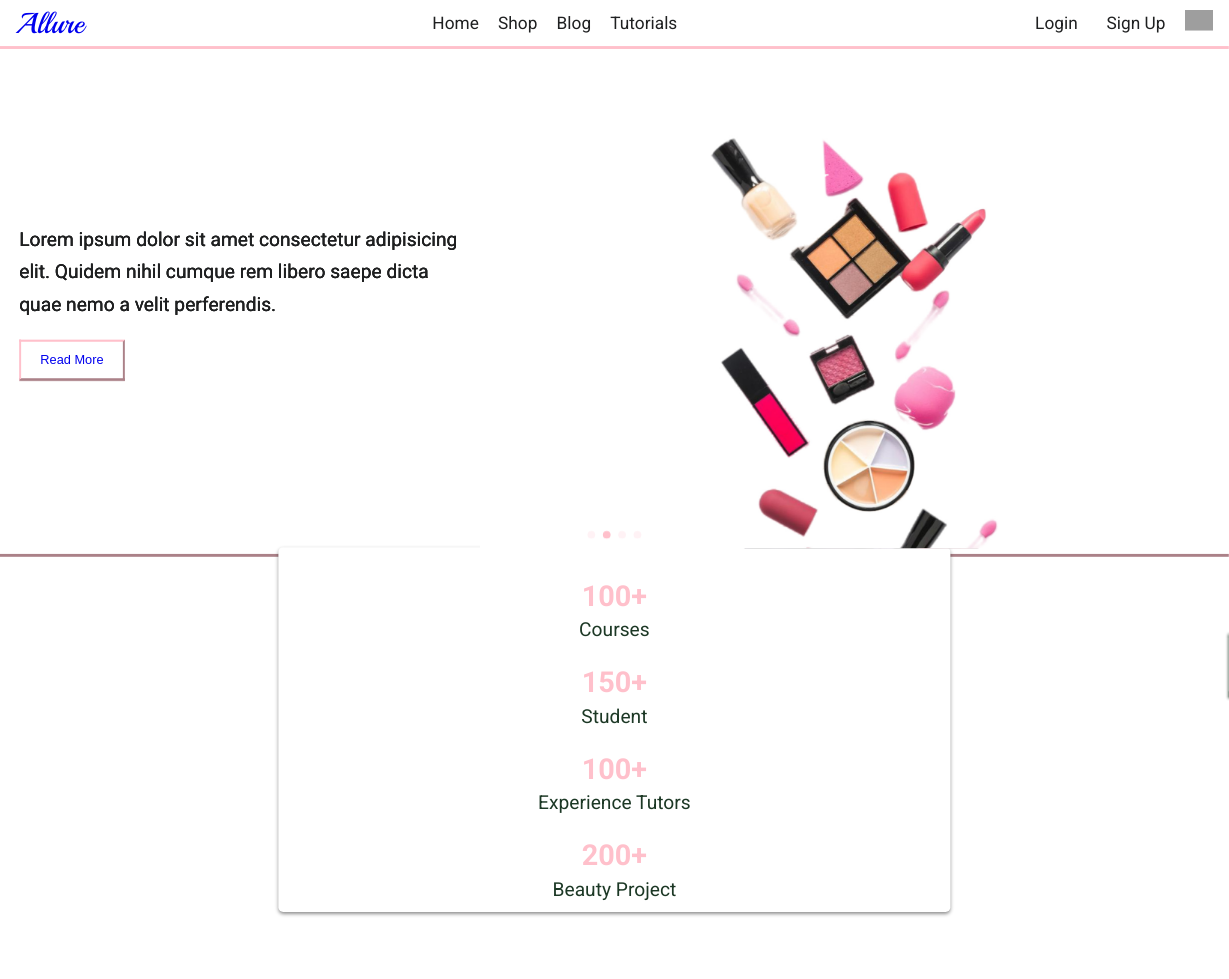
Repository: Benedict-Anthony/Allure-E-commerce-React-Js
Page: /
An editor plug-in stored every save of this project. The page is shown before and after the next save, followed by the edit.
The browser window is 1280 px wide. The pictures show the whole page, at 96% of full size.
Pictures or frames that could not be fetched are drawn as grey boxes. The page's requests for data from a server got no answer. The project was rebuilt for these pictures with package versions that can differ from the ones it lists, and the page was loaded fresh each time. No one was signed in, and anything a server would have sent is missing. Also part of the build but not shown: src/App.css, src/css/courses.css, src/shared/Course.tsx, src/shared/Product.tsx, src/pages/Shop.tsx, src/pages/Tutorials.tsx, src/pages/ProductDetail.tsx, src/components/CourseDetails.tsx and 15 more.

Above is the page before, as saved 2023-02-04 03:35:20.

### src/index.css
@import url('https://fonts.googleapis.com/css2?family=Great+Vibes&family=Playball&family=Roboto:wght@300;400;700&display=swap');


:root {
  --primary-color: pink;
  --secondary-color: #1c3825;
  --text-color: #1f2021;
  --basic: #fff;
  --fontSize: 18px;

}


*,
*::after,
*::before {
  padding: 0;
  margin: 0;
  box-sizing: border-box;
  line-height: 1.4em;
  transition: all .3s linear;
  list-style: none;
  text-decoration: none;
}

html {
  scroll-behavior: smooth;
}

body {
  width: 100%;
  background-color: var(--basic);
  color: var(--text-color);
  font-family: 'Roboto', sans-serif;
}

.container {
  padding: 0 1rem;
  overflow: hidden;
  height: auto;
}

.button {
  display: inline-block;
  padding: 10px 20px;
  color: var(--basic);
  margin-top: 20px;
  background-color: var(--secondary-color);
  border: 2px solid var(--fontSize);
  border-radius: 6px;
}

.flex {
  display: flex;
  justify-content: space-between;
  align-items: center;
}

.flex-center {
  justify-content: center;
}

.flex-row {
  flex-direction: column;
}


.swiper {
  width: 100%;
  height: 100%;
}

.swiper-slide {
  text-align: center;
}


.grid {
  display: grid;
  grid-template-columns: repeat(auto-fit, minmax(12rem, 2fr));
  justify-content: space-between;
  align-items: flex-start;
  gap: 20px;
}


.btn {
  display: inline-block;
  background-color: var(--text-color);
  color: var(--basic);
  font-size: 16px;
  font-family: inherit;
  margin-top: 10px;
  border: 1px solid var(--basic);
  padding: 10px 20px;
  border-radius: 8px;
}

.section {
  margin-top: 20px;
}

.togglebar,
.close {
  display: none;
}

.wrapper {
  max-width: 960px;
  margin: 0 auto;
}

.strike {
  text-decoration: line-through;
  color: var(--secondary-color);
  font-size: 10px;
}




@media(max-width:1024px) {
  /* .grid {
    grid-template-columns: repeat(3, 1fr);
  } */
}


@media(max-width:768px) {

  .container {
    padding: 0 1.3rem;
    overflow: hidden;
    height: auto;
  }

  /* .flex {
    flex-direction: column;
  } */

  /* .grid {
    grid-template-columns: repeat(2, 1fr);
  } */


  /* .togglebar,
  .close {
    display: block;
  } */
}

@media(max-width:500px) {

  /* .flex {
    display: grid;
    grid-template-columns: 1fr 1fr;
  } */

  .grid {
    grid-template-columns: 1fr 1fr;
  }
}

### src/App.tsx
import React from 'react';
import './App.css';
import { BrowserRouter, Routes, Route } from "react-router-dom"
import { ProductProvider } from './contexts/ProductContext';


import Home from './pages/Home';
import Shop from './pages/Shop';
import Header from './components/Header';
import { LessonProvider } from './contexts/LessonContext';
import Tutorials from './pages/Tutorials';
import ProductDetail from './pages/ProductDetail';
import CourseDetail from './pages/CourseDetail';
import Login from './pages/Login';
import SignIn from './pages/SignIn';
import Account from './pages/Account';
import ButtonNav from './components/ButtonNav';

function App() {
  return (
    <BrowserRouter>
      <LessonProvider>
        <ProductProvider>
          <Header />
          <Routes>
            <Route path={"/"} element={<Home />} />
            <Route path='/login' element={<Login />} />
            <Route path='/sign-in' element={<SignIn />} />
            <Route path='/account' element={<Account />} />
            <Route path={"/shop"} element={<Shop />} />
            <Route path={"/tutorials"} element={<Tutorials />} />
            <Route path={"/product/:slug"} element={<ProductDetail />} />
            <Route path={"/course/:slug"} element={<CourseDetail />} />
          </Routes>
          <ButtonNav />
        </ProductProvider>
      </LessonProvider>
    </BrowserRouter>
  );
}

export default App;

### src/contexts/ProductContext.tsx
import React from "react"
import { createContext,  useReducer, useEffect } from 'react';
import { childrenProps, ProductContextInterface } from "../types/contextTypes"
import { initialProductInterface } from "../types/reducerTypes"
import { productReducer } from "../reducers/productReducers";
import getData from "../utils/fetchFunc";
import { ProductType } from "../reducers/productReducers";
import { LessonType } from "../reducers/lessonReducer";


const ProductContext = createContext({} as ProductContextInterface)

export const ProductProvider = ({ children }: childrenProps) => {
    const initialState: initialProductInterface = {
        products: [],
        lessonAssets:[],
        product:{},
        isFetching: true,
        rltd:[]
    }
    const [state, dispatch] = useReducer(productReducer, initialState)
    const fetchProductData = async () => {
        const data = await getData("products")
        dispatch({type:ProductType.LOAD_PRODUCTS, payload:data})
    }

    const getSingleProduct = async (slug:number | string | undefined) => {
        const data = await getData("products", slug)
        const rltdData = await getData(`products/${slug}/category`)
        dispatch({type:ProductType.LOAD_PRODUCT_DETAIL, payload:data, others:rltdData})
    }

   const getLessonAssets = async (slug : string | undefined) => {
       const data = await getData(`lessons/${slug}/assets`)
       dispatch({type:LessonType.LOAD_LESSON_DETAIL_ASSETS, others:data})
   }

    useEffect(() => {
        fetchProductData()
    },[])
    return (

        <ProductContext.Provider value={{
            data: state,

            getSingleProduct,
            getLessonAssets,
        }}>
        {children}
    </ProductContext.Provider>
        )
}


export default ProductContext

### src/pages/Home.tsx
import React from 'react';
import Landing from '../components/Landing';
import Courses from '../components/Courses';
import Products from '../components/Products';
import { FC } from "react";


const Home:FC = () =>  {

return (
    <>
      <Landing />
      <Courses />
      <Products/>
    </>
  )
}

export default Home

### src/components/Header.tsx
import React, { useState } from 'react'
import { FaBars, FaTimes } from 'react-icons/fa'
import { Link } from 'react-router-dom'
import { Navigations } from '../scripts/topNavItems';
import cart from "../assets/cart.png";
import "../css/header.css"

const Header = () => {
  const [activeMenu, setActiveMenu] = useState(false)

  return (
    <header>
      <div className="container">
        <nav className="nav__items">
          <div className="logo">
            <Link to={"/"}>Allure</Link>
          </div>

          <ul className={`nav_links flex ${activeMenu && "active"} `}>
            {Navigations.map((item) => (
              <li key={item.id}>
                {item.page ? <Link to={`/${item.to}`}>{item.name}</Link> : <a href={`#${item.to}`}>{item.name}</a>}
              </li>
            ))}
            <FaTimes className="close" onClick={() => setActiveMenu(false)} />
          </ul>

          <ul className="nav_icons">

            <li><Link to={"login"}>Login</Link></li>
            <li><Link to={"sign-in"}>Sign Up</Link></li>
            <div className="cart">
              <img src={cart} alt="" />

            </div>
            <FaBars className="togglebar" onClick={() => setActiveMenu(true)} />
          </ul>
        </nav>
      </div>
    </header>
  )
}

export default Header

### src/contexts/LessonContext.tsx
import { createContext, useEffect, useReducer } from "react";
import lessonReducer from "../reducers/lessonReducer";
import { initialLessonInterface } from '../types/reducerTypes';
import { childrenProps, LessonContextInterface } from '../types/contextTypes';
import getData from "../utils/fetchFunc";
import { LessonType } from '../reducers/lessonReducer';
const LessonContext = createContext({} as LessonContextInterface)

export const LessonProvider = ({ children }: childrenProps) => {
    const initialState:initialLessonInterface = {
        lessons:[],
        count: 0,
        lesson:{}
    }

    const [state, dispatch] = useReducer(lessonReducer, initialState)

    async function fetchLessonData() {
        const data = await getData("lessons")
        dispatch({type:LessonType.LOAD_LESSONS, payload:data})
    }

    const getLessonDetails = async (slug:string |undefined) => {
        const data = await getData(`lessons/${slug}`)
        dispatch({ type:LessonType.LOAD_LESSON_DETAIL, payload:data})
    }

    useEffect(() => {
      fetchLessonData()
    },[])
    return (
        <LessonContext.Provider value={{
            data:state,
            getLessonDetails
            }}>
            {children}
        </LessonContext.Provider>
    )
}

export default LessonContext

### src/components/ButtonNav.tsx
import React from 'react'
import { AiOutlineHome, AiOutlineUser } from "react-icons/ai"
import { BiShoppingBag, BiLogIn } from "react-icons/bi"
import { MdOutlinePlayLesson } from "react-icons/md"
import { GrBlog } from "react-icons/gr"
import { Link } from 'react-router-dom'




const ButtonNav = () => {
    window.addEventListener("scroll", () => {
        if (window.scrollY) {
            document.querySelector(".nav__bottom")?.classList.add("active__nav")
        } else {
            document.querySelector(".nav__bottom")?.classList.remove("active__nav")

        }
    })
    return (
        <nav className="nav__bottom">
            <ul>
                <li><Link to={"/"}><AiOutlineHome /></Link></li>
                <li><Link to={"/shop"}><BiShoppingBag /></Link></li>
                <li><Link to={"/tutorials"}><MdOutlinePlayLesson /></Link></li>
                <li><Link to={"/blog"}><GrBlog /></Link></li>
                <li><Link to={"/account"}><AiOutlineUser /></Link></li>
            </ul>
        </nav>
    )
}

export default ButtonNav

### src/reducers/productReducers.tsx
import { actionInterface, initialProductInterface } from "../types/reducerTypes";
import { LessonType } from "./lessonReducer";
export const ProductType = {
    LOAD_PRODUCTS: "LOAD_PRODUCTS",
    LOAD_PRODUCT_DETAIL:"LOAD_PRODUCT_DATAIL"
}
export const productReducer = (state:initialProductInterface, action:actionInterface) => {
    switch (action.type) {
        case ProductType.LOAD_PRODUCTS:
            return {
                ...state,
                products: action.payload,
                isFetching:false,
            }
        case ProductType.LOAD_PRODUCT_DETAIL:
            return {
                ...state,
                product: action.payload,
                rltd:action.others
            }
        case LessonType.LOAD_LESSON_DETAIL_ASSETS:
            return {
                ...state,
                lessonAssets:action.others
            }
        default:
            return state
    }
}

### src/utils/fetchFunc.tsx
const getData = async (endpoint: string, slug?: number | string | null) => {
    if (slug) {
        const response = await fetch(`http://127.0.0.1:8000/api/${endpoint}/${slug}`)
        const data = await response.json()
        return data
    } else {
        const response = await fetch(`http://127.0.0.1:8000/api/${endpoint}/`)
        const data = await response.json()
        return data
    }

}


export default getData

### src/reducers/lessonReducer.tsx
import { initialLessonInterface, actionInterface } from '../types/reducerTypes';

export const LessonType = {
    LOAD_LESSONS: "LOAD_LESSONS",
    LOAD_LESSON_DETAIL:"LOAD_DETAILS",
    LOAD_LESSON_DETAIL_ASSETS:"LOAD_LESSON_DETAIL_ASSETS"
}

const lessionReducer = (state:initialLessonInterface, action:actionInterface) => {
    switch (action.type) {
        case LessonType.LOAD_LESSONS:
            return {
                ...state,
                lessons:action.payload,
                count:1
            }
        case LessonType.LOAD_LESSON_DETAIL:
            return {
                ...state,
                lesson:action.payload
            }

        default:
            return state
    }
}


export default lessionReducer

### src/components/Courses.tsx
import React, { useContext } from 'react'
import {FC} from "react"

// Import Swiper styles
import { Swiper, SwiperSlide } from "swiper/react";
import "swiper/css";
import "swiper/css/pagination";
import "swiper/css/navigation";
import { Pagination, Navigation } from "swiper";


import "../css/courses.css"

// import required modules


import LessonContext from '../contexts/LessonContext';
import Course from '../shared/Course';


const Courses:FC = () => {

  const {data :{lessons}} = useContext(LessonContext)
  return (
    <section className="container" id="courses">
      <main>
         <Swiper
        // slidesPerView={4}
        // spaceBetween={30}
        // slidesPerGroup={4}
        loop={true}
        loopFillGroupWithBlank={true}
        // pagination={{
        //   clickable: true,
        // }}
          navigation={true}
          breakpoints={{
             // when window width is >= 320px
              468: {
                slidesPerView: 1,
                spaceBetween: 20
              },
              568: {
                slidesPerView: 2,
                spaceBetween: 20
              },
              // when window width is >= 480px
              768: {
                slidesPerView: 3,
                spaceBetween: 30
              },
              // when window width is >= 640px
              978: {
                slidesPerView: 4,
                spaceBetween: 40
              }
        }}
        modules={[Pagination, Navigation]}
        className="mySwiper"
      >
          {lessons.slice(0,10).map((item) => (
            <SwiperSlide key={item.id}>
              <Course item={item} />
          </SwiperSlide>
        ))}
      </Swiper>
      </main>
    </section>
  )
}

export default Courses

### src/components/Products.tsx
import React from 'react';

import { Swiper, SwiperSlide } from "swiper/react";

// Import Swiper styles
import "swiper/css";
import "swiper/css/pagination";
import "swiper/css/navigation";

// import required modules
import { Pagination, Navigation } from "swiper";
import "../css/products.css";



import {useContext} from "react";
import ProductContext from "../contexts/ProductContext"
import Product from '../shared/Product';


const Products = () => {

  const { data:{products} } = useContext(ProductContext)
  return (
      <section className="container products" id="products">

<Swiper
        // slidesPerView={4}
        // spaceBetween={30}
        // slidesPerGroup={3}
        loop={true}
        loopFillGroupWithBlank={true}
        // pagination={{
        //   clickable: true,
        // }}
               breakpoints={{
             // when window width is >= 320px
              320: {
                slidesPerView: 1,
                spaceBetween: 20
              },
              568: {
                slidesPerView: 2,
                spaceBetween: 20
              },
              // when window width is >= 480px
              768: {
                slidesPerView: 3,
                spaceBetween: 30
              },
              // when window width is >= 640px
              978: {
                slidesPerView: 4,
                spaceBetween: 40
              }
        }}
        navigation={true}
        modules={[Pagination, Navigation]}
        className="mySwiper"
      >

               { products.length > 0 && products.slice(0,10).map((item) => (

                  <SwiperSlide key={item.id}>
                   <Product item={item} />
                </SwiperSlide>
        ))}

      </Swiper>
    </section>
  )
}

export default Products

### src/scripts/topNavItems.ts
export const Navigations = [
    {
        id: 1,
        name: "home",
        to: "",
        page: true,
    },
    // {
    //     id: 2,
    //     name: "courses",
    //     to: "courses",
    //     page: false,

    // },
    // {
    //     id: 3,
    //     name: "arrivals ",
    //     to: "products",
    //     page: false,

    // },
    {
        id: 4,
        name: "shop",
        to: "shop",
        page: true,
    },

    {
        id: 5,
        name: "blog",
        to: "blog",
        page: true,

    },
    {
        id: 6,
        name: "tutorials",
        to: "tutorials",
        page: true,


    },
]


export const Courses = [
    {
        id: 1,
        name: "courses",
        count: 100
    },

    {
        id: 2,
        name: "student",
        count: 150
    },

    {
        id: 3,
        name: "experience Tutors",
        count: 100
    },

    {
        id: 4,
        name: "beauty project",
        count: 200
    },
]

### src/css/header.css
header {
    padding: 3px 0px;
    /* background-color: var(--primary-color); */
    border-bottom: 3px solid var(--primary-color);
    /* osition: fixed;
    top: 0;
    width: 100%;
    z-index: 10;p */
}

header nav {
    display: flex;
    justify-content: space-between;
    align-items: center;
}

header nav .logo {
    font-size: 30px;
    /* font-family: 'Great Vibes', cursive;
     */
    font-family: 'Playball', cursive;
}

header nav li {
    position: relative;
    margin: 0 10px;
}

header nav li::after {
    content: '';
    width: 0;
    height: 2px;
    background: linear-gradient(to right, var(--secondary-color), var(--primary-color));
    position: absolute;
    bottom: 0;
    left: 0;
}

header nav li:hover::after {
    width: 100%;
}

header nav ul li a {
    color: var(--text-color);
    font-size: var(--fontSize);
    text-transform: capitalize;
}

header .cart {
    width: 30px;
}

header .cart img {
    width: 100%;
}



.nav_icons {
    display: flex;
    align-items: center;
    justify-content: space-around;
    column-gap: 10px;
}



.nav_icons svg {
    color: var(--secondary-color);
    font-size: 20px;
    margin: 0 2px;
}


.nav__bottom {
    display: block;
    width: 100%;
    margin: auto;
    margin-top: 40px;
    position: fixed;
    bottom: 0;
    left: 100%;
    background-color: var(--basic);
    padding: 15px 0;
    box-shadow: 3px 4px 3px 4px var(--secondary-color);
}

.nav__bottom ul {
    display: flex;
    align-items: center;
    justify-content: center;
}

.nav__bottom ul li {
    margin: 0 15px;
}

.nav__bottom ul li svg {
    color: var(--secondary-color);
    font-size: 1.5rem;
    font-weight: 700;
}

@media(max-width:768px) {
    header nav .nav_links {
        position: absolute;
        top: -100vh;
        right: 0;
        width: 80%;
        background-color: var(--basic);
        border-left: 3px solid var(--primary-color);
        height: 100vh;
        z-index: 10;
        justify-content: flex-start;
        align-items: flex-start;
        gap: 25px;
        padding-left: 50px;
        padding-top: 50px;
        display: none;

    }

    .nav_icons li {
        display: none;
    }

    header nav .nav_links.active {
        top: 0;
    }

    .close {
        position: absolute;
        top: 7px;
        left: .6rem;
        font-weight: 100;
        font-size: 25px;
        color: var(--secondary-color);
    }

    .nav__bottom {
        left: 0;
    }

    .active__nav {
        bottom: -160px
    }

}

### src/shared/Button.tsx
import React from 'react'
import { ReactNode } from "react"

import "../css/button.css"
type ButtonProps = {
    children:ReactNode,
    type:"button" | "submit",
    hanldleOnclick?: () => void
}
const Button = ({children, type, hanldleOnclick}:ButtonProps) => {
  return (
    <button type={type} onClick={hanldleOnclick}> {children} </button>
  )
}

export default Button

### src/shared/Card.tsx
import React from 'react'
import {ReactNode,} from "react"

import "../css/card.css"

interface CardType {
    children:ReactNode
}


const Card = ({children}:CardType) => {
  return (
      <div className="card">
          {children}
    </div>
  )
}

export default Card

### src/scripts/landing.ts
export const landing = [
    {
        "text": "Lorem ipsum dolor sit amet consectetur adipisicing elit. Quidem nihil cumque rem libero saepe dicta quae nemo a velit perferendis.",
        "image": "./images/welcome.jpg",
        "link": "/"
    },

    {
        "text": "Lorem ipsum dolor sit amet consectetur adipisicing elit. Quidem nihil cumque rem libero saepe dicta quae nemo a velit perferendis.",
        "image": "./images/products.jpg",
        "link": "/"

    },

    {
        "text": "Lorem ipsum dolor sit amet consectetur adipisicing elit. Quidem nihil cumque rem libero saepe dicta quae nemo a velit perferendis.",
        "image": "./images/makeup.jpg",
        "link": "/"

    },
    {
        "text": "Lorem ipsum dolor sit amet consectetur adipisicing elit. Quidem nihil cumque rem libero saepe dicta quae nemo a velit perferendis.",
        "image": "./images/camera.jpg",
        "link": "/"

    }
]

### src/css/landing.css
/* LANDING HERO SECTION */


.hero {
    width: 100%;
    border-bottom: 3px outset var(--primary-color);
}


.hero .landing__info {
    width: 100%;
    max-width: 500px;
    text-align: left;
    padding: 10px 20px;
}

.hero .landing__info p {
    font-size: 20px;
    line-height: 1.7em;
}

.hero .landing__image {
    width: 100%;
    height: 100%;
}

.hero .landing__image img {
    width: 100%;
    height: 100%;
}





.landing__courses {
    width: 700px;
    margin: 0 auto;
    transform: translateY(-10px);
}

.landing__courses-count .count {
    display: flex;
    align-items: center;
    justify-content: center;
    flex-direction: column;
    padding-top: 20px;

}

.landing__courses-count .count h2 {
    color: var(--primary-color);
    font-size: 30px;
}

.landing__courses-count .count p {
    color: var(--secondary-color);
    font-size: 20px;
    text-transform: capitalize;
}

.hero .landing__page {
    flex-direction: row;
}

/*  */


@media(max-width:568px) {
    .hero .landing__page {
        flex-direction: column-reverse;

    }

    .landing__info p {
        text-align: center;
    }

    .landing__info button {
        display: inline-block;
    }

    .landing__courses {
        width: 100%;
    }

    .landing__courses-count {
        display: grid;
        grid-template-columns: 1fr 1fr;
    }

    .landing__courses .count h2 {
        font-size: 20px;
    }

    .landing__courses .count p {
        font-size: 17px;

    }
}

### src/css/button.css
button {
    display: block;
    margin-top: 20px;
    padding: 10px 20px;
    color: var(--secondary-color);
    background-color: var(--basic);
    border: 2px outset var(--primary-color)
}

button:hover {
    transform: scale(.98);
    transition: .4s cubic-bezier(0.165, 0.84, 0.44, 1);
    cursor: pointer;
    /* z-index: 10; */
}

@media(max-width:700px) {
    button {
        width: 100%;
    }
}

### src/css/card.css
.card {
    padding: 10px 15px;
    border-radius: 5px;
    color: black;
    background-color: #fff;
    box-shadow: 0 2px 4px rgba(0, 0, 0, 0.44);
    /* width: 100%; */
}


.card__body {
    width: 200px;
    text-align: left;
    padding: 2px 10px;
    border-radius: 10px;
}


.card__body:hover {
    /* background-color: var(--primary-color); */
    cursor: pointer;
}

.card__body .card__img {
    width: 50%;
    /* height: 8rem; */
    margin: 0 auto;
    /* object-fit: cover; */
}

@media(max-width:600px) {
    .card {
        padding: 3px 5px;
    }
}

Loaded but not shown: public/index.html (common file); src/index.tsx (common file); src/css/products.css (242 lines, source omitted); src/components/Landing.tsx (85 lines, source omitted)

After the next save:
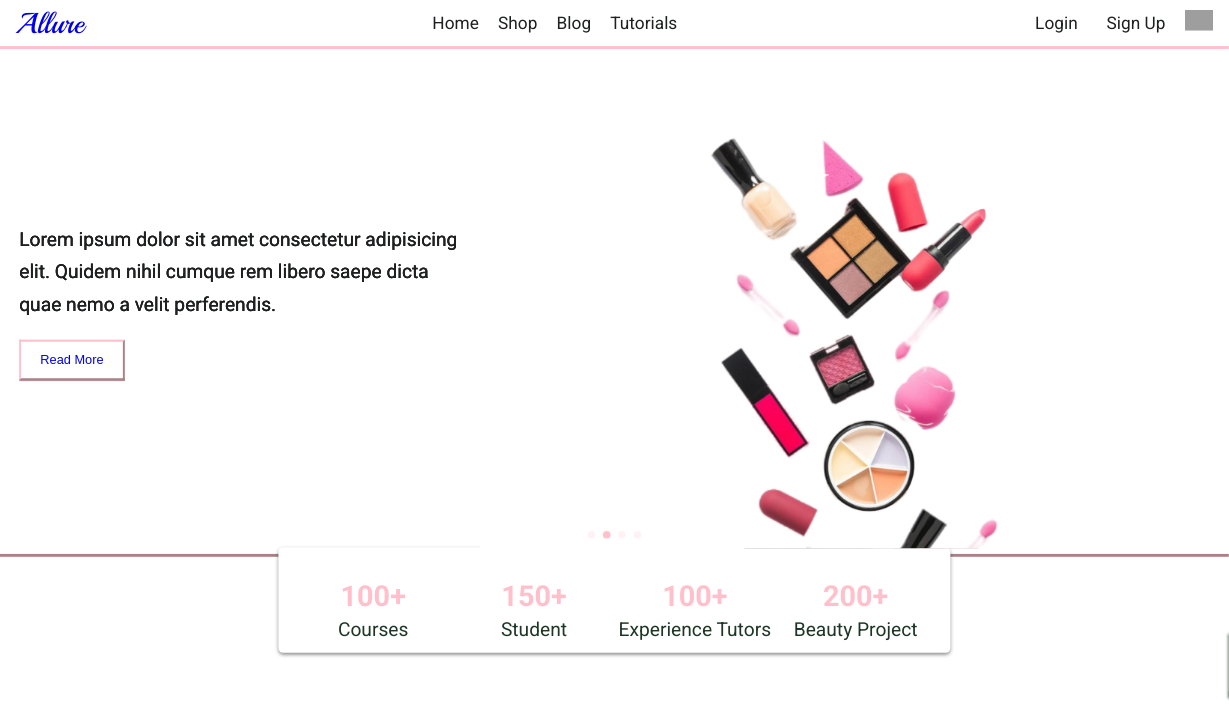
Saved 5 min 9 s later.
--- a/src/css/landing.css
+++ b/src/css/landing.css
@@ -37,6 +37,11 @@
     width: 700px;
     margin: 0 auto;
     transform: translateY(-10px);
+}
+
+.landing__courses-count {
+    display: grid;
+    grid-template-columns: repeat(4, 1fr);
 }
 
 .landing__courses-count .count {
